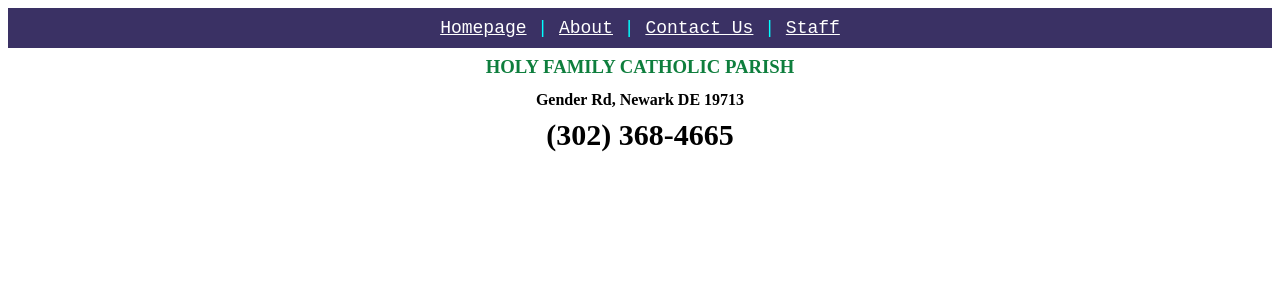
Repository: ficotims/HTML-RESTART
Page: Homepage.html
The author's editor kept a copy of each file at every save. The page is drawn from the files as they stood at one save, then again after the next save.
The browser window is 1280 px wide. The pictures show the whole page.

Above is the page before, as saved 2026-02-10 22:22:06.

### Homepage.html
<!doctype html>
<html lang="en">
  <head>
    <meta charset="UTF-8" />
    <meta name="viewport" content="width=device-width, initial-scale=1.0" />
    <style>
.card {
  box-shadow: 0 4px 8px 0 rgba(0,0,0,0.2);
  transition: 0.3s;
  width: 10%;
}

.card:hover {
  box-shadow: 0 8px 16px 0 rgba(45, 166, 247, 0.2);
}

.container {
  padding: 200px 160px;
}
</style>
    <title>HTML Crash course with Iman Musa</title>
    <link rel="stylesheet" href="Style 1.css"/>

      </head>
<body

     <!-- NAVIGATION SECTION -->
        <div style="background-color: rgb(58, 49, 100); padding: 10px; text-align: center; color: aqua; font-size: 18px; font-family: monospace, Lemon milk;">
    <a href="Homepage.html" target="_top" style="color: white;">Homepage</a> |
    <a href="about.html" style="color: white;">About</a> | <a href="Contact us.html" style="color: white;">Contact Us</a> |
    <a href="staff.html" style="color: white;">Staff</a>
     </div>

 <div style="text-align: center;">
    <h3><span style="color: rgb(14, 126, 61);"><div style="line-height: 0;">HOLY FAMILY CATHOLIC PARISH</b></span></h3>
    <H4 span style="line-height: 1.5;">Gender Rd, Newark DE 19713 <br><span style="font-size: 30px;">(302) 368-4665</span></sapn></H4>

 </div>

  </body>
</html>

### Style 1.css
.card {
    box-shadow: 0 4px 8px 0 rgba(0, 0, 0, 0.2);
    transition: 0.3s;
}

}

After the next save:
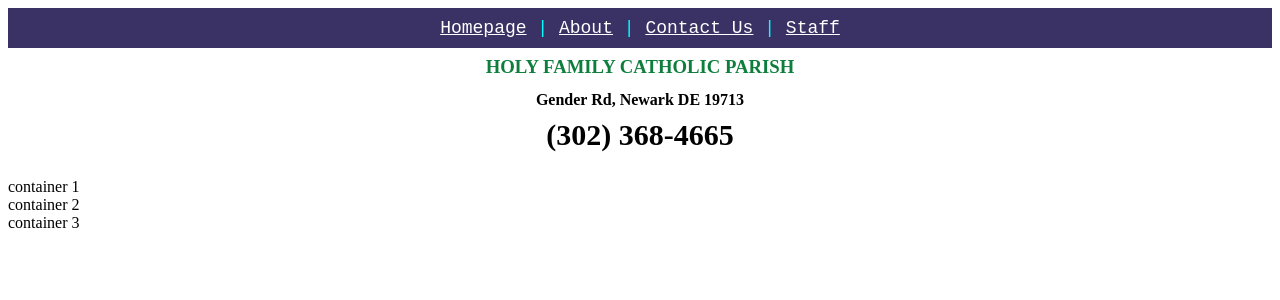
Saved 86 s later.
--- a/Homepage.html
+++ b/Homepage.html
@@ -37,5 +37,18 @@
 
  </div>
 
+
+
+ <!-- CONTAINERS -->
+  <div>
+    container 1
+  </div>
+  <div>
+    container 2
+  </div>
+  <div>
+    container 3
+  </div>
+
   </body>
 </html>
